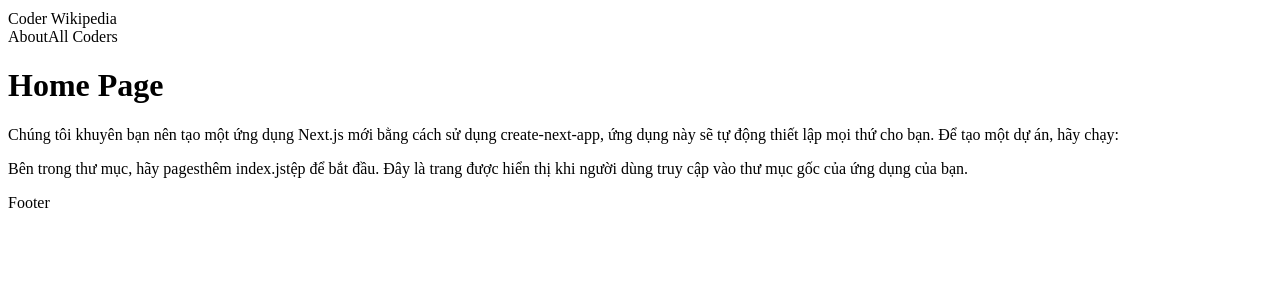
Repository: DuckyNumberONS/H-c-Next-Js
Page: / (app in my-app/)
The author's editor kept a copy of each file at every save. The page is drawn from the files as they stood at one save, then again after a run of saves.
The browser window is 1280 px wide. The pictures show the whole page.
Some web fonts or font styles are not loaded; a fallback is used. The project was rebuilt for these pictures with package versions that can differ from the ones it lists, and the page was loaded fresh each time. The framework's server and built-in components were replaced by stand-ins that run in the browser. Also part of the build but not shown: my-app/next.config.js.

Above is the page before, as saved 2022-09-22 09:06:45.

### my-app/pages/index.js

export default function Home() {
  return (
    <>
      <div>
        <h1>Home Page</h1>
        <p>
          Chúng tôi khuyên bạn nên tạo một ứng dụng Next.js mới bằng cách sử
          dụng create-next-app, ứng dụng này sẽ tự động thiết lập mọi thứ cho
          bạn. Để tạo một dự án, hãy chạy:
        </p>
        <p>
          Bên trong thư mục, hãy pagesthêm index.jstệp để bắt đầu. Đây là trang
          được hiển thị khi người dùng truy cập vào thư mục gốc của ứng dụng của
          bạn.
        </p>
      </div>
    </>
  );
}

### my-app/components/layout.js
import React from 'react'
import Footer from './Footer'
import Navbar from './navbar'

export default function Layout({children}) {
  return (
    <div className='content'>
        <Navbar />
            {children}
        <Footer />
    </div>
  )
}

### my-app/styles/globals.css
@import url('https://fonts.googleapis.com/css2?family=Dangrek&display=swap');
body{
  background: white;
  color: black;
  font-family:'Dangrek';
}
a{
  color: black;
  text-decoration: none;
}
nav{
  margin: 10px auto ;
}

### my-app/components/Footer.js
import React from "react";

export default function Footer() {
  return (
    <footer>Footer</footer>
  );
}

### my-app/components/navbar.js
import React from "react";
import Link from "next/link";
export default function Navbar() {
  return (
    <nav>
      <div>
        <Link href="/">
          <a>Coder Wikipedia</a>
        </Link>
      </div>
      <div>
        <Link href="/about">
          <a>About</a>
        </Link>
        <Link href="/coders">
          <a>All Coders</a>
        </Link>
      </div>
    </nav>
  );
}

Loaded but not shown: my-app/pages/_app.js (common file)

After the next 2 saves:
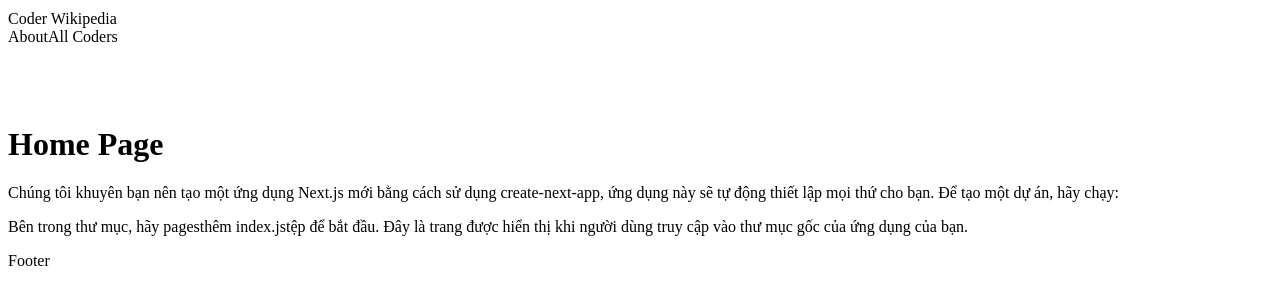
The 2 saves are shown as one change because they came seconds apart.
The last was saved 6 s later.
--- a/my-app/styles/globals.css
+++ b/my-app/styles/globals.css
@@ -9,5 +9,6 @@ a{
   text-decoration: none;
 }
 nav{
-  margin: 10px auto ;
+  margin: 10px auto 80px;
+  pad
 }
